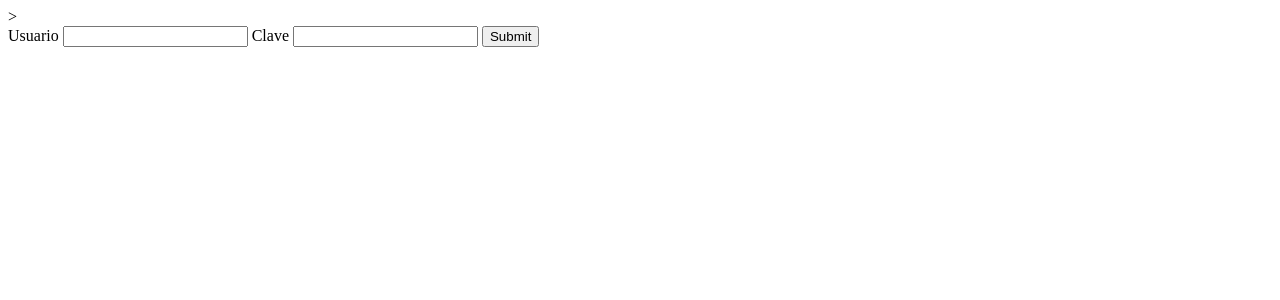
Repository: RaquelAlvarezz/bootstrap-npm-starter
Page: http://localhost/sesiones1-login.php
An editor plug-in stored every save of this project. The page is shown before and after the next save, followed by the edit.
The browser window is 1280 px wide. The pictures show the whole page.
The page is run by PHP 8.4 with error messages shown; the project is at /var/www/html/.

Above is the page before, as saved 2022-01-26 09:12:42.

### sesiones1-login.php
<?php


function comprobar_usuario($nombre, $clave){
    if($nombre==="usuario" and $clave ==="1234"){
        $usu ['nombre'] ="usuario"; 0;
        $usu['rol'] = 0;
        return $usu;

}elseif ($nombre === "admin" and $clave === "1234"){

$usu['nombre'] = "admin";

$usu[ 'rol'] = 1;
return $usu;

}else return FALSE;

}

if ($_SERVER["REQUEST_METHOD"]=="POST") {

$usu= comprobar_usuario($_POST['usuario'], $_POST['clave']);

if ($usu==FALSE) {

$err = TRUE;

$usuario= $_POST['usuario'];

}else{

session_start();

$_SESSION['usuario'] = $_POST['usuario']; header("Location: sesionesl-principal.php");

}

}

?>>

<!DOCTYPE html>

<html>

<head>

<title> Formulario de login</title>

<meta charset= "UTF-8">

</head> <body>

<?php if(isset($_GET["redirigido"])){

echo "<p>Haga login para continuar</p>";

}?>

<?php if(isset ($err) and $err == true) {

echo "<p> revise usuario y contraseña</p>";

} ?>
<form method= "POST" action="<?php echo htmlspecialchars($_SERVER["PHP_SELF"]); ?>">

Usuario

<input value="<?php if(isset ($usuario)) echo $usuario;?>"
id= "usuario" name= "usuario" type="text">

Clave

<input id="clave" name = "clave" type = "password"> <input type="submit">

</form>

</body>
</html>

After the next save:
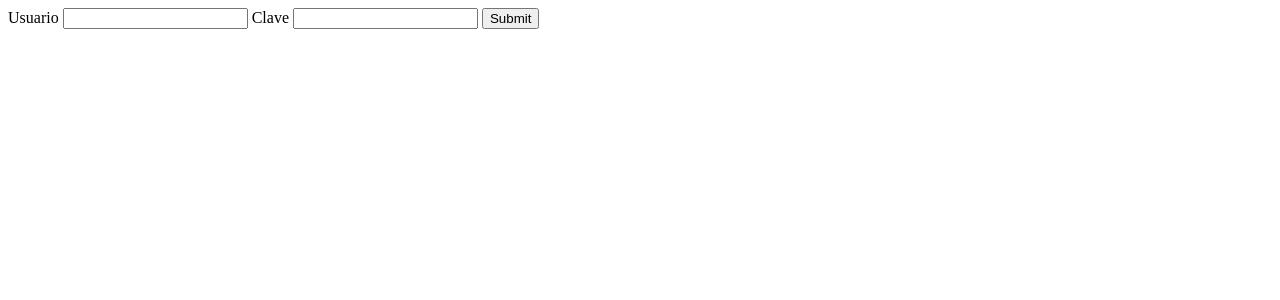
Saved 2 s later.
--- a/sesiones1-login.php
+++ b/sesiones1-login.php
@@ -1,44 +1,29 @@
 <?php
-
-
-function comprobar_usuario($nombre, $clave){
-    if($nombre==="usuario" and $clave ==="1234"){
-        $usu ['nombre'] ="usuario"; 0;
+function comprobar_usuario($nombre, $clave)
+{
+    if ($nombre === "usuario" and $clave === "1234") {
+        $usu['nombre'] = "usuario";
         $usu['rol'] = 0;
         return $usu;
-
-}elseif ($nombre === "admin" and $clave === "1234"){
-
-$usu['nombre'] = "admin";
-
-$usu[ 'rol'] = 1;
-return $usu;
-
-}else return FALSE;
-
+    } elseif ($nombre === "admin" and $clave === "1234") {
+        $usu['nombre'] = "admin";
+        $usu['rol'] = 1;
+        return $usu;
+    } else return FALSE;
 }
 
-if ($_SERVER["REQUEST_METHOD"]=="POST") {
-
-$usu= comprobar_usuario($_POST['usuario'], $_POST['clave']);
-
-if ($usu==FALSE) {
-
-$err = TRUE;
-
-$usuario= $_POST['usuario'];
-
-}else{
-
-session_start();
-
-$_SESSION['usuario'] = $_POST['usuario']; header("Location: sesionesl-principal.php");
-
+if ($_SERVER["REQUEST_METHOD"] == "POST") {
+    $usu = comprobar_usuario($_POST['usuario'], $_POST['clave']);
+    if ($usu == FALSE) {
+        $err = TRUE;
+        $usuario = $_POST['usuario'];
+    }else{
+        session_start();
+        $_SESSION['usuario'] = $_POST['usuario'];
+        header("Location:sesiones1-principal.php");
+    }
 }
-
-}
-
-?>>
+?>
 
 <!DOCTYPE html>
 
@@ -76,5 +61,4 @@ Clave
 
 </form>
 
-</body>
-</html>
+</body> </html>
